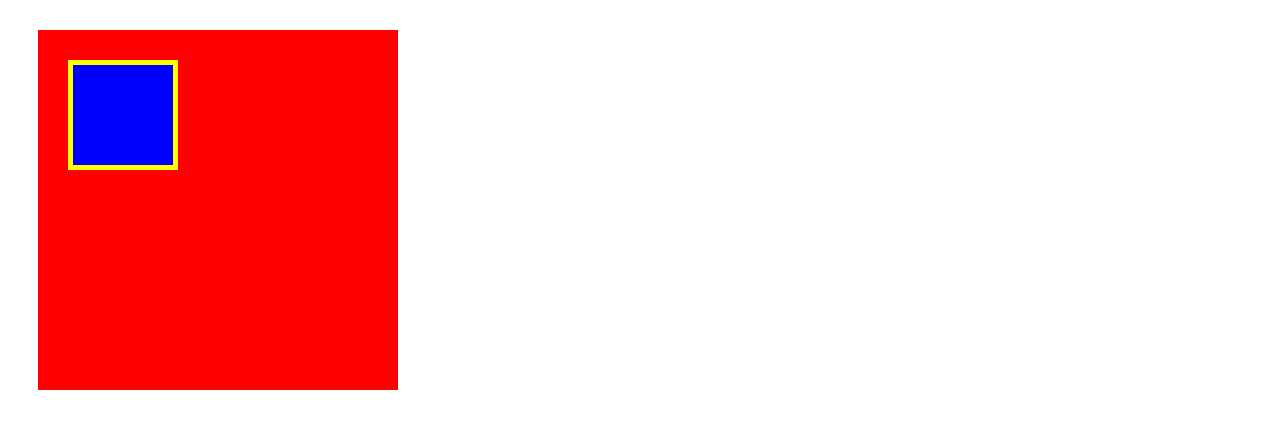
Repository: CarAll02/git-practice
Page: box/box.html
The author's editor kept a record of every edit. The page is drawn from the files as they stood at one moment, then again after the next edit.
The browser window is 1280 px wide. The pictures show the whole page.

Above is the page before.

After the next edit:
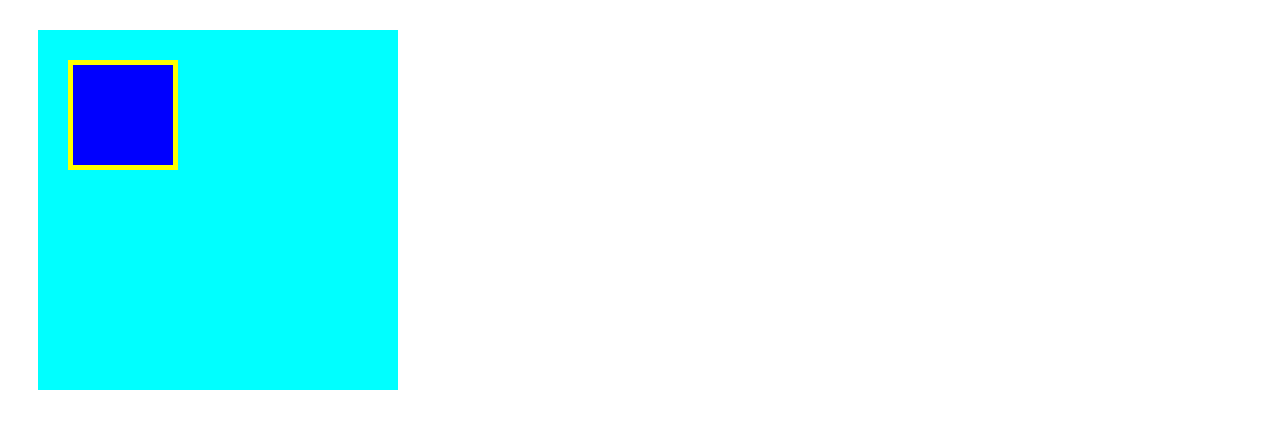
The edit:
--- a/box/box.css
+++ b/box/box.css
@@ -1,7 +1,7 @@
 .box1{
   width:300px;
   height:300px;
-  background-color:red;
+  background-color:#00FFFF;
   margin:30px;
   padding:30px;
 }
